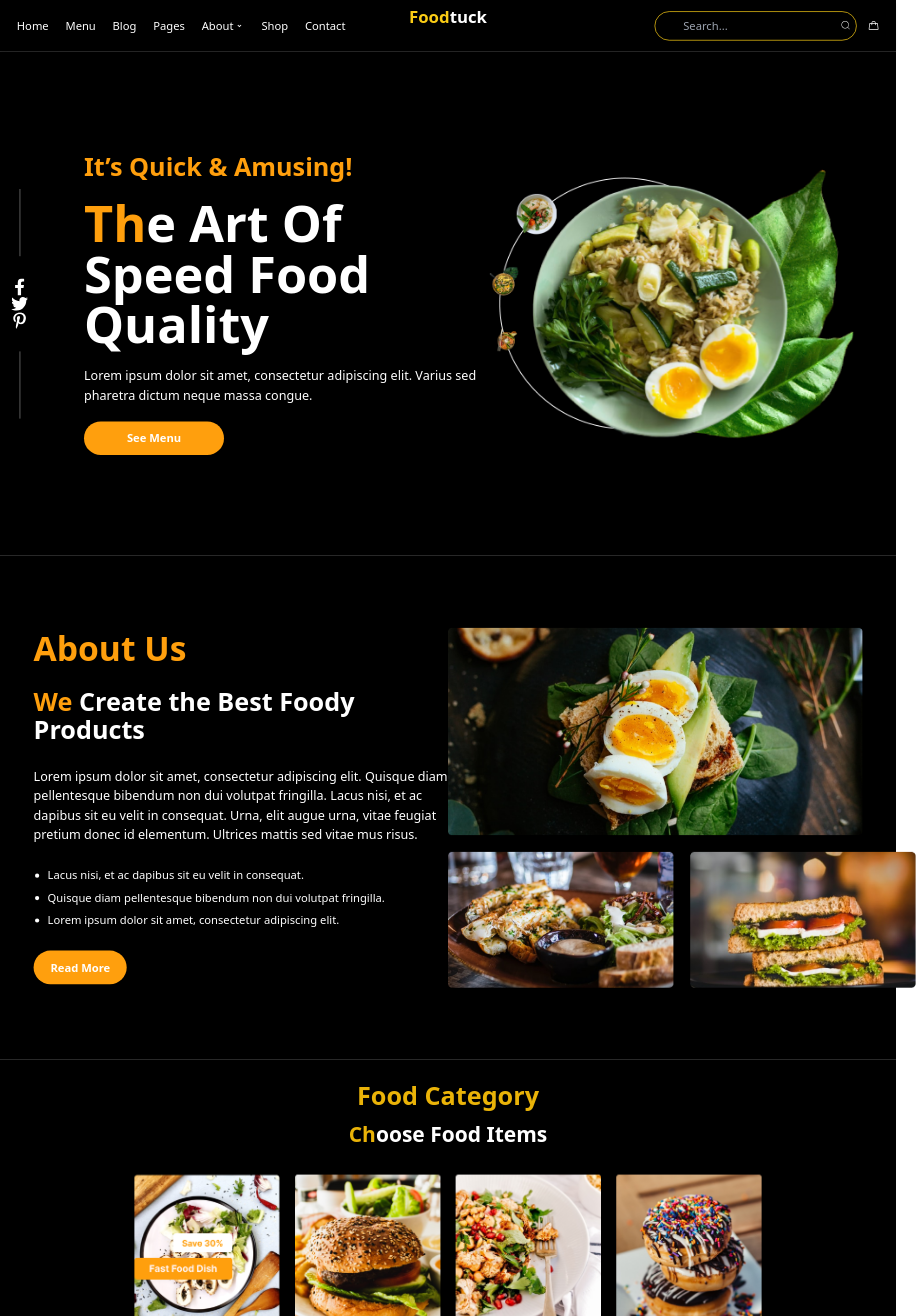
Repository: MahnoorShahzad2007/ASSIGNMENT-5-NODE.JS
Page: / (app in my-app/)
The author's editor kept a copy of each file at every save. The page is drawn from the files as they stood at one save, then again after the next save.
The browser window is 1280 px wide. The page is 1308 px wide, so the pictures cover 1308 px, including what lies to the right of the window. The pictures show the part of the page from y = 0 to 1880 px (the page is 5494 px tall), at 70% of full size.
The project was rebuilt for these pictures with package versions that can differ from the ones it lists, and the page was loaded fresh each time. The framework's server and built-in components were replaced by stand-ins that run in the browser. Also part of the build but not shown: my-app/next.config.ts.

Above is the page before, as saved 2025-02-15 19:10:51.

### my-app/app/layout.tsx
import "../app/globals.css";
import React from "react";

export const metadata = {
  title: "My App",
  description: "An example Next.js app",
};

export default function RootLayout({ children }: { children: React.ReactNode }) {
  return (
    <html lang="en">
      <head>
        <title>{metadata.title}</title>
        <meta name="description" content={metadata.description} />
      </head>
      <body>
        {children}
      </body>
    </html>
  );
}

### my-app/app/page.tsx
// Export metadata for the page
export const metadata = {
  title: 'Foodtuck',
};

import NavBar from "./components/navbar";
import HeroHeader from "./components/HeaderHero";
import AboutPage from "./components/about";
import FoodCategoryPage from "./components/foodCategory";
import WhyChooseUsPage from "./components/whyChoseUs";
import Abcd from './components/abcd.jsx';
import Footer from "./components/footer";

export default function Home() {
  return (
    <div>
      <NavBar />

      <HeroHeader />

      <AboutPage />

      <FoodCategoryPage />

      <WhyChooseUsPage />

      <Abcd />

      <Footer />


    </div>
  );
}

### my-app/app/components/navbar.tsx
import React from "react";
import { PiHandbag } from "react-icons/pi";
import { CiSearch } from "react-icons/ci";
import { RiArrowDropDownLine } from "react-icons/ri";

const NavBar: React.FC = () => {
  return (
    <header className="bg-black shadow-md">
      <div className="container mx-auto flex justify-between items-center py-4 px-6 relative">
        {/* Left Menu */}
        <nav className="flex items-center space-x-6">
          <a href="#" className="text-white hover:text-yellow-400 font-medium">
            Home
          </a>
          <a href="#" className="text-white hover:text-yellow-400 font-medium">
            Menu
          </a>
          <a href="#" className="text-white hover:text-yellow-400 font-medium">
            Blog
          </a>
          <a href="#" className="text-white hover:text-yellow-400 font-medium">
            Pages
          </a>
          <a href="#" className="text-white hover:text-yellow-400 font-medium flex items-center">
            About <RiArrowDropDownLine />
          </a>
          <a href="#" className="text-white hover:text-yellow-400 font-medium">
            Shop
          </a>
          <a href="#" className="text-white hover:text-yellow-400 font-medium">
            Contact
          </a>
        </nav>

        {/* Middle Title */}
        <div className="absolute inset-x-0 top-2 text-center">
          <h1 className="text-2xl font-bold">
            <span className="text-yellow-400">Food</span>
            <span className="text-white">tuck</span>
          </h1>
        </div>

        {/* Right Section */}
        <div className="flex items-center space-x-4">
          {/* Search Bar */}
          <div className="relative text-white">
            <input
              type="text"
              placeholder="Search..."
              className="relative rounded-full border border-yellow-400 bg-black text-white pl-10 pr-4 py-2 focus:outline-none focus:ring focus:ring-yellow-300"
              />
              <div className="absolute top-3 right-2">
              <CiSearch />
              </div>
          </div>

          {/* Handbag Icon */}
         <div className="text-white
         "> <PiHandbag /> </div>
        </div>
      </div>
    </header>
  );
};

export default NavBar;

### my-app/app/components/HeaderHero.tsx
import React from "react";
import Image from "next/image";
import { FaFacebookF, FaTwitter, FaPinterestP } from "react-icons/fa";

const HeroHeader: React.FC = () => {
  return (
    <div className="bg-black min-h-screen flex flex-col md:flex-row items-center justify-between relative p-6 md:p-10">
      {/* Social Media Icons Section */}
      <div className="absolute left-4 top-1/2 transform -translate-y-1/2 space-y-8 hidden md:flex flex-col items-center">
        <div className="w-px h-24 bg-white opacity-50" />
        <div className="space-y-4 text-white">
          <a href="#" className="text-white hover:text-blue-500">
            <FaFacebookF size={24} />
          </a>
          <a href="#" className="text-white hover:text-blue-400">
            <FaTwitter size={24} />
          </a>
          <a href="#" className="text-white hover:text-red-500">
            <FaPinterestP size={24} />
          </a>
        </div>
        <div className="w-px h-24 bg-white opacity-50" />
      </div>

      {/* Text Content Section */}
      <div className="flex flex-col space-y-6 max-w-xl mx-auto text-center md:text-left md:ml-20">
        <h2 className="text-2xl md:text-3xl lg:text-4xl text-[#ff9f0d] font-bold">
          It’s Quick & Amusing!
        </h2>
        <h1 className="text-4xl md:text-6xl lg:text-7xl text-white font-extrabold leading-tight">
          <span className="text-[#FF9F0D]">Th</span>e Art Of Speed Food Quality
        </h1>
        <p className="text-white text-base md:text-lg">
          Lorem ipsum dolor sit amet, consectetur adipiscing elit. Varius sed
          pharetra dictum neque massa congue.
        </p>
        <button className="mt-4 px-6 py-3 bg-[#FF9F0D] text-white rounded-full font-semibold hover:bg-[#e68e00] transition-all max-w-[200px]">
  See Menu
</button>


      </div>

      {/* Image Section */}
      <div className="w-full md:w-[60%] lg:w-[50%] mt-6 md:mt-0 flex justify-center">
        <Image
          src="/image/pic.png"
          alt="image description"
          width={800}
          height={600}
          className="rounded-lg object-cover w-full h-auto"
        />
      </div>
    </div>
  );
};

export default HeroHeader;

### my-app/app/components/about.tsx
import React from "react";
import Image from "next/image";

const AboutPage: React.FC = () => {
  return (
    <div className="bg-black min-h-screen flex flex-col md:flex-row items-center justify-center p-6 md:p-12">
      {/* Left Section - Text Content */}
      <div className="md:w-1/2 space-y-8">
        <h1 className="text-4xl md:text-5xl font-bold text-[#ff9f0d]">
          About Us
        </h1>
        <h2 className="text-3xl md:text-4xl text-white font-semibold">
          <span className="text-[#ff9f0d]">We</span> Create the Best Foody
          Products
        </h2>
        <p className="text-white text-base md:text-lg">
          Lorem ipsum dolor sit amet, consectetur adipiscing elit. Quisque diam
          pellentesque bibendum non dui volutpat fringilla. Lacus nisi, et ac
          dapibus sit eu velit in consequat. Urna, elit augue urna, vitae
          feugiat pretium donec id elementum. Ultrices mattis sed vitae mus
          risus.
        </p>
        <ul className="list-disc text-white space-y-2 ml-5">
          <li>Lacus nisi, et ac dapibus sit eu velit in consequat.</li>
          <li>Quisque diam pellentesque bibendum non dui volutpat fringilla.</li>
          <li>Lorem ipsum dolor sit amet, consectetur adipiscing elit.</li>
        </ul>
        <button className="mt-6 px-6 py-3 bg-[#ff9f0d] text-white font-semibold rounded-full hover:bg-[#e68e00] transition-all">
          Read More
        </button>
      </div>

      {/* Right Section - Images */}
      <div className="md:w-1/2 flex flex-col items-center space-y-6 mt-8 md:mt-0">
        <Image
          src="/image/eggs.png"
          alt="Eggs image"
          width={660}
          height={330}
          className="rounded-lg"
        />
        <div className="flex space-x-6">
          <Image
            src="/image/chicken.png"
            alt="Chicken image"
            width={322}
            height={194}
            className="rounded-lg"
          />
          <Image
            src="/image/sandwhich.png"
            alt="Sandwich image"
            width={322}
            height={194}
            className="rounded-lg"
          />
        </div>
      </div>
    </div>
  );
};

export default AboutPage;

### my-app/app/components/foodCategory.tsx
import React from 'react';
import Image from 'next/image';

const FoodCategory: React.FC = () => {
  return (
    <div className="bg-black min-h-screen text-white">
      {/* Heading Section */}
      <div className="text-center pt-8">
        <h1 className="text-yellow-500 text-2xl sm:text-3xl lg:text-4xl font-bold">
          Food Category
        </h1>
        <h2 className="text-xl sm:text-2xl lg:text-3xl font-bold mt-4">
          <span className="text-yellow-500">Ch</span>oose Food Items
        </h2>
      </div>

      {/* Image Section */}
      <div className="flex justify-center mt-10 px-4">
        <Image
          src={'/image/Image box.png'}
          alt="Food Category Items"
          width={1350}
          height={329}
          className="w-full max-w-4xl h-auto"
        />
      </div>
    </div>
  );
};

export default FoodCategory;

### my-app/app/components/whyChoseUs.tsx
import React from 'react'

import Image from "next/image";
import { WineIcon } from 'lucide-react';

const WhyChooseUs: React.FC = () => {
  return (
    <section className="bg-black text-white py-16">
      <div className="container mx-auto px-6 lg:px-16 flex flex-col lg:flex-row gap-12 items-center">
        {/* Image Section */}
        <div className="lg:w-1/2 grid grid-cols-2 gap-4">

        <Image className='bg-black w-full space-y-5'
        src={'/image/f1.png'}
        alt="image description"
        width={1320}
        height={716}
      />

      <Image
      src={'/image/f2.png'}
      alt='img desc'
      width={1923}
      height={400}
      />

          </div>

        {/* Text Section */}
        <div className="lg:w-1/2">
          <h2 className="text-yellow-400 text-4xl font-medium">Why Choose Us</h2>
          <h3 className="text-3xl font-bold text-white mt-2 leading-tight">
            Extra Ordinary Taste <br /> And Experienced
          </h3>
          <p className="text-gray-300 mt-4 leading-relaxed">
            Lorem ipsum dolor sit amet, consectetur adipiscing elit. Quisque
            diam pellentesque bibendum non dui volutpat fringilla bibendum.
          </p>
          <div className="grid grid-cols-3 gap-4 mt-8">
            <div className="text-center">
              <div className="bg-yellow-400 w-16 h-16 rounded-full flex items-center justify-center mx-auto text-black">
                🍔
              </div>
              <span className="block mt-2">Fast Food</span>
            </div>
            <div className="text-center">
              <div className="bg-yellow-400 w-16 h-16 rounded-full flex items-center justify-center mx-auto text-black">
                🍲
              </div>
              <span className="block mt-2">Lunch</span>
            </div>
            <div className="text-center">
              <div className="bg-yellow-400 w-16 h-16 rounded-full flex items-center justify-center mx-auto text-black">
                🍷
              </div>
              <span className="block mt-2">Dinner</span>
            </div>
          </div>
          <div className="mt-3 flex items-center bg-white pl-6 pt-4 pb-5">
            <span className="text-yellow-400 text-4xl font-bold">30+</span>
            <span className="ml-4 text-black">
              Years of <br />
              <strong>Experience</strong>
            </span>
          </div>
        </div>
      </div>
    </section>
  );
};

export default WhyChooseUs;

### my-app/app/components/abcd.jsx
import Image from "next/image";
import salad from "../../public/image/salad.png";
import MenusComponent from "./Menus.jsx";
import chefone from "../../public/image/chefone.png";
import cheftwo from "../../public/image/cheftwo.png";
import chefthree from "../../public/image/chefthree.png";
import cheffour from "../../public/image/cheffour.png";
import whatclientsays from "../../public/image/whatclientsays.png";
import { Button } from "@/components/ui/button";

function MenuPage() {
  return (
    <>
      {/* Menu Section */}
      <section className="bg-[#131212] text-white pt-5">
        <div className="flex flex-col items-center">
          <h3 className="text-[#FF9F0D] text-xl pb-5">Choose & Pick</h3>
          <h1 className="text-5xl font-bold pb-8 text-center">
            <span className="text-[#ffab2e]">Fr</span>om Our Menu
          </h1>
        </div>

        <div className="flex flex-wrap justify-center gap-6 font-bold text-lg pb-10">
          <span className="text-[#FF9F0D]">Breakfast</span>
          <span>Lunch</span>
          <span>Dinner</span>
          <span>Dessert</span>
          <span>Drink</span>
          <span>Snack</span>
          <span>Soups</span>
        </div>

        <div className="flex flex-col lg:flex-row items-center justify-center gap-8 px-5">
          <Image
            className="rounded-lg"
            src={salad}
            width={400}
            height={400}
            alt="Fresh salad with vegetables"
          />
          <div className="flex flex-wrap justify-center gap-5">
            <MenusComponent />
          </div>
        </div>
      </section>

      {/* Chefs Section */}
      <section className="bg-[#131212] text-white py-10">
        <div className="flex flex-col items-center">
          <h3 className="text-[#FF9F0D] text-xl pb-5">Chefs</h3>
          <h1 className="text-5xl font-bold pb-10 text-center">
            <span className="text-[#ffab2e]">Me</span>et Our Chef
          </h1>
        </div>

        <div className="grid grid-cols-1 sm:grid-cols-2 lg:grid-cols-4 gap-8 px-5">
          {[chefone, cheftwo, chefthree, cheffour].map((chef, index) => (
            <Image
              key={index}
              className="rounded-lg"
              src={chef}
              alt={`Chef ${index + 1}`}
              width={200}
              height={200}
            />
          ))}
        </div>

        <div className="py-10 flex justify-center">
          <Button className="py-4 px-8 border border-[#FF9F0D] rounded-full text-lg">
            See More
          </Button>
        </div>
      </section>

      {/* Client Testimonials Section */}
      <section className="bg-[#131212] h-full text-white flex justify-center py-10 px-5">
        <Image
          className="rounded-lg max-w-full"
          src={whatclientsays}
          alt="What clients say"
        />
      </section>

      {/* Blog Section */}
      <section className="bg-[#131212] h-full text-white py-10">
        <div className="flex flex-col items-center">
          <h3 className="text-[#FF9F0D] text-xl pb-5">Blog Part</h3>
          <h1 className="text-5xl font-bold pb-10 text-center">
            <span className="text-[#ffab2e]">La</span>test News & Blog
          </h1>
        </div>
      </section>
    </>
  );
}

export default MenuPage;

### my-app/app/components/footer.tsx
import Image from 'next/image'
import React from 'react'

function footer() {
  return (
    <>
        <Image className='bg-black'
        src={'/image/Footer.png'}
        alt='image description'
        width={1923.73}
        height={740.15}
        />
    </>
  )
}

export default footer

### my-app/app/components/Menus.jsx
"use client";

import React from "react";
import Image from "next/image"
import pakora from "../../public/image/pakora.png";
import cheese from "../../public/image/cheese.png";
import burger from "../../public/image/burger.png";
import icecream from "../../public/image/icecream.png";
import bread from "../../public/image/bread.png";
import sandwich from "../../public/image/sandwhich.png";

function Menus() {
  const menuItems = [
    {
      name: "Lettuce Leaf",
      description: "Lacus nisi, et ac dapibus velit in consequat.",
      image: pakora,
      price: 12.5,
      currency: "USD",
      price_id: "price_1",
    },
    {
      name: "Glow Cheese",
      description: "Lacus nisi, et ac dapibus velit in consequat.",
      image: cheese,
      price: 12.5,
      currency: "USD",
      price_id: "price_2",
    },
    {
      name: "Fresh Breakfast",
      description: "Lacus nisi, et ac dapibus velit in consequat.",
      image: burger,
      price: 12.5,
      currency: "USD",
      price_id: "price_3",
    },
    {
      name: "Italian Pizza",
      description: "Lacus nisi, et ac dapibus velit in consequat.",
      image: icecream,
      price: 12.5,
      currency: "USD",
      price_id: "price_4",
    },
    {
      name: "Mild Butter",
      description: "Lacus nisi, et ac dapibus velit in consequat.",
      image: bread,
      price: 12.5,
      currency: "USD",
      price_id: "price_5",
    },
    {
      name: "Slice Beef",
      description: "Lacus nisi, et ac dapibus velit in consequat.",
      image: sandwich,
      price: 12.5,
      currency: "USD",
      price_id: "price_6",
    },
  ];

  return (
    <section className="grid grid-cols-1 sm:grid-cols-2 lg:grid-cols-3 gap-6 px-5 py-10">
      {menuItems.map((item) => (
        <div
          key={item.price_id}
          className="flex flex-col bg-[#1a1a1a] p-4 rounded-lg shadow-md hover:shadow-lg transition-shadow duration-300"
        >
          <div className="flex items-center">
            <Image
              className="rounded-full"
              src={item.image}
              alt={item.name}
              width={60}
              height={60}
            />
            <div className="pl-4">
              <h2 className="text-lg font-bold">{item.name}</h2>
              <p className="text-sm text-gray-400">{item.description}</p>
              <span className="text-[#FF9F0D] font-semibold">
                {item.price}$
              </span>
            </div>
          </div>
        </div>
      ))}
    </section>
  );
}

export default Menus;

### my-app/components/ui/button.tsx
import * as React from "react"
import { Slot } from "@radix-ui/react-slot"
import { cva, type VariantProps } from "class-variance-authority"

import { cn } from "@/lib/utils"

const buttonVariants = cva(
  "inline-flex items-center justify-center gap-2 whitespace-nowrap rounded-md text-sm font-medium transition-colors focus-visible:outline-none focus-visible:ring-1 focus-visible:ring-ring disabled:pointer-events-none disabled:opacity-50 [&_svg]:pointer-events-none [&_svg]:size-4 [&_svg]:shrink-0",
  {
    variants: {
      variant: {
        default:
          "bg-primary text-primary-foreground shadow hover:bg-primary/90",
        destructive:
          "bg-destructive text-destructive-foreground shadow-sm hover:bg-destructive/90",
        outline:
          "border border-input bg-background shadow-sm hover:bg-accent hover:text-accent-foreground",
        secondary:
          "bg-secondary text-secondary-foreground shadow-sm hover:bg-secondary/80",
        ghost: "hover:bg-accent hover:text-accent-foreground",
        link: "text-primary underline-offset-4 hover:underline",
      },
      size: {
        default: "h-9 px-4 py-2",
        sm: "h-8 rounded-md px-3 text-xs",
        lg: "h-10 rounded-md px-8",
        icon: "h-9 w-9",
      },
    },
    defaultVariants: {
      variant: "default",
      size: "default",
    },
  }
)

export interface ButtonProps
  extends React.ButtonHTMLAttributes<HTMLButtonElement>,
    VariantProps<typeof buttonVariants> {
  asChild?: boolean
}

const Button = React.forwardRef<HTMLButtonElement, ButtonProps>(
  ({ className, variant, size, asChild = false, ...props }, ref) => {
    const Comp = asChild ? Slot : "button"
    return (
      <Comp
        className={cn(buttonVariants({ variant, size, className }))}
        ref={ref}
        {...props}
      />
    )
  }
)
Button.displayName = "Button"

export { Button, buttonVariants }

### my-app/lib/utils.ts
export function cn(...classes: (string | undefined | false | null)[]) {
    return classes.filter(Boolean).join(" ");
  }

Loaded but not shown: my-app/app/globals.css (common file); my-app/tailwind.config.ts (common file)

After the next save:
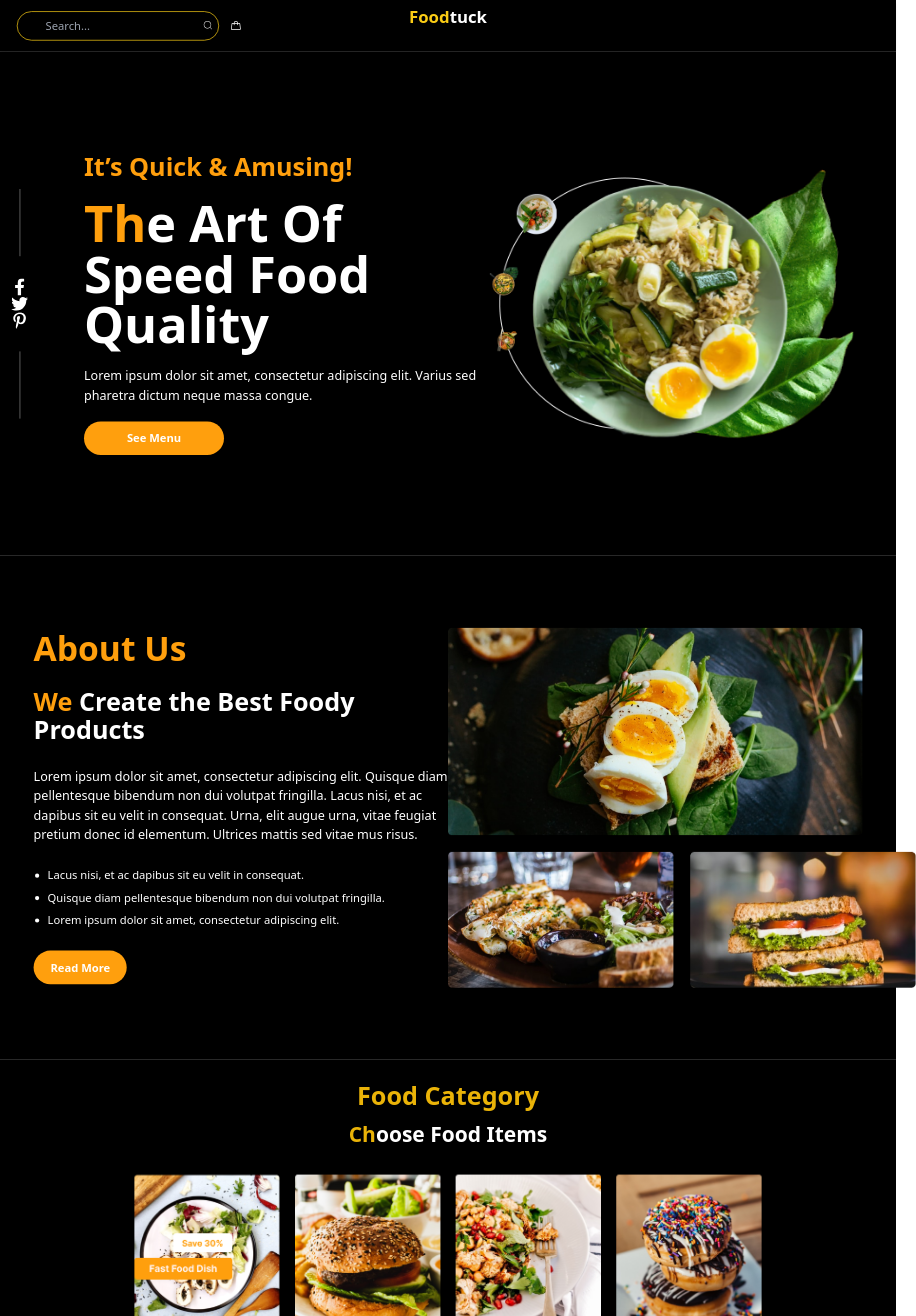
Saved 3 min 0 s later.
--- a/my-app/app/components/navbar.tsx
+++ b/my-app/app/components/navbar.tsx
@@ -8,29 +8,7 @@ const NavBar: React.FC = () => {
     <header className="bg-black shadow-md">
       <div className="container mx-auto flex justify-between items-center py-4 px-6 relative">
         {/* Left Menu */}
-        <nav className="flex items-center space-x-6">
-          <a href="#" className="text-white hover:text-yellow-400 font-medium">
-            Home
-          </a>
-          <a href="#" className="text-white hover:text-yellow-400 font-medium">
-            Menu
-          </a>
-          <a href="#" className="text-white hover:text-yellow-400 font-medium">
-            Blog
-          </a>
-          <a href="#" className="text-white hover:text-yellow-400 font-medium">
-            Pages
-          </a>
-          <a href="#" className="text-white hover:text-yellow-400 font-medium flex items-center">
-            About <RiArrowDropDownLine />
-          </a>
-          <a href="#" className="text-white hover:text-yellow-400 font-medium">
-            Shop
-          </a>
-          <a href="#" className="text-white hover:text-yellow-400 font-medium">
-            Contact
-          </a>
-        </nav>
+
 
         {/* Middle Title */}
         <div className="absolute inset-x-0 top-2 text-center">
